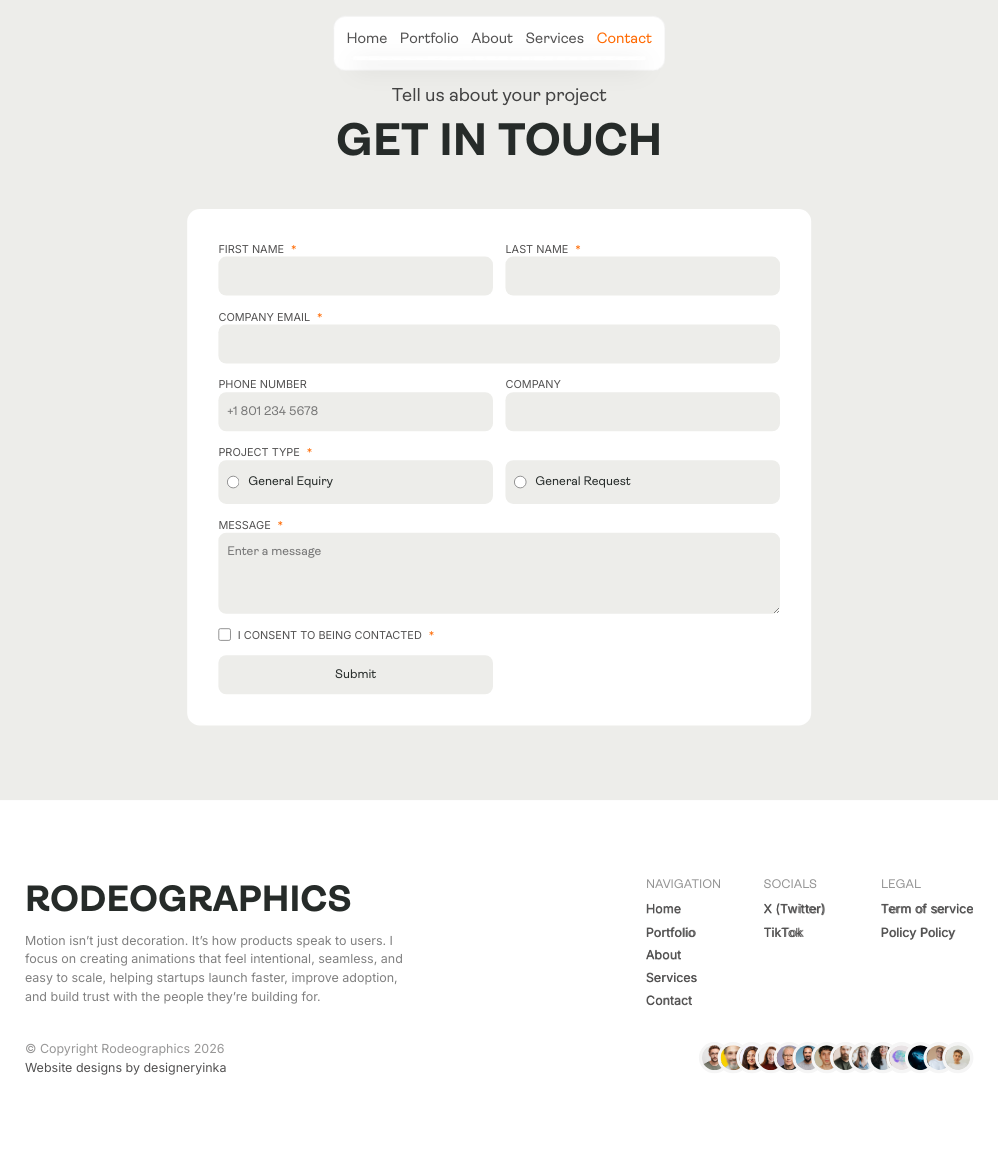
Repository: Ajeyinka/RodeoGraphics
Page: contact.html
An editor plug-in stored every save of this project. The page is shown before and after the next save, followed by the edit.
The browser window is 1280 px wide. The pictures show the whole page, at 78% of full size.

Above is the page before, as saved 2026-02-21 23:35:12.
Console error: ReferenceError: gsap is not defined

After the next save:
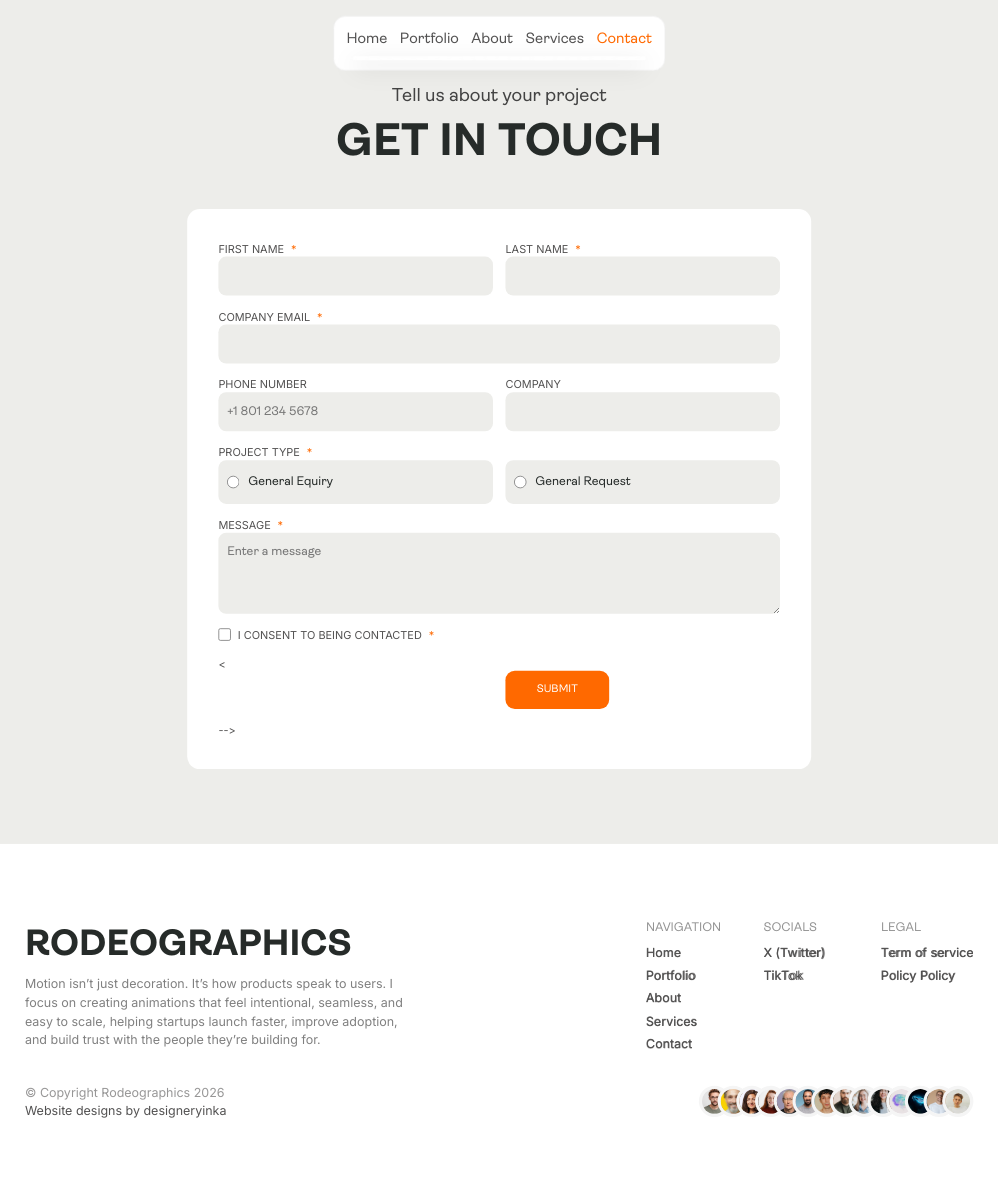
Saved 39 s later.
--- a/contact.html
+++ b/contact.html
@@ -189,13 +189,13 @@
                   <span class="error-message" aria-live="polite"></span>
                 </div>
 
-                <input type="submit" value="Submit" />
-
-                <!-- <div class="input-submit">
+                <
+                <div class="input-submit">
                   <button type="submit" class="button-submit button">
                     <span class="text text-primary">Submit</span>
                   </button>
-                </div> -->
+                </div>
+                -->
                 <div class="form-success">
                   Thanks for reaching out. I’ll get back to you within 24 hours.
                 </div>
